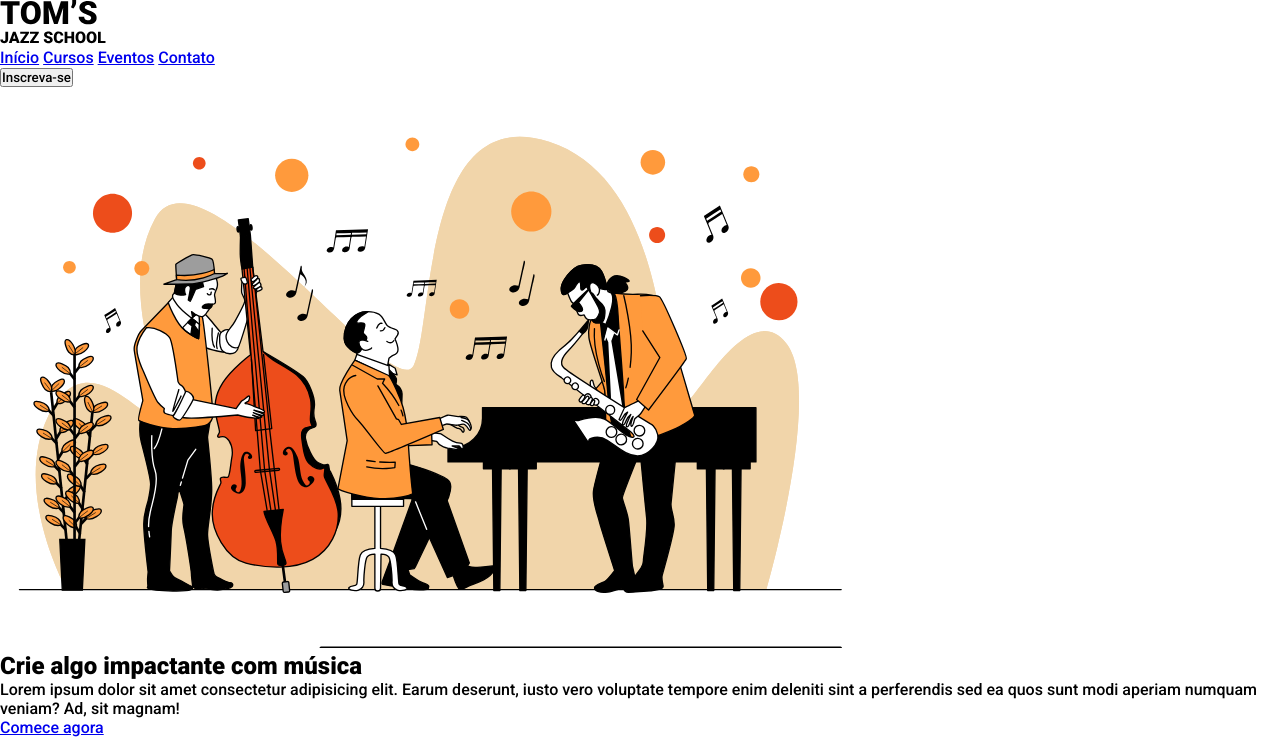
Repository: tenoriodasilva31/OBC-Music-School
Page: index.html
The author's editor kept a copy of each file at every save. The page is drawn from the files as they stood at one save, then again after the next save.
The browser window is 1280 px wide. The pictures show the whole page.

Above is the page before, as saved 2023-07-05 16:45:04.

### index.html
<!DOCTYPE html>
<html lang="pt-BR">
<head>
    <meta charset="UTF-8">
    <meta name="viewport" content="width=device-width, initial-scale=1.0">
    <title>Tom's Jazz School</title>

    <link rel="preconnect" href="https://fonts.googleapis.com">
    <link rel="preconnect" href="https://fonts.gstatic.com" crossorigin>

    <link rel="stylesheet" href="index.css">

    <link href="https://fonts.googleapis.com/css2?family=Roboto:wght@500;900&display=swap" rel="stylesheet">
</head>
<body>
    <header>
        <img src="./img/logo.svg" alt="Tom's School">
        <nav>
            <a href="#">Início</a>
            <a href="#">Cursos</a>
            <a href="#">Eventos</a>
            <a href="#">Contato</a>
        </nav>
        <button href="#" class="button">Inscreva-se</button>
    </header>
    <main>
        <section>
            <img src="/img/hero-img.svg" alt="Banda de jazz se apresentando">
            <div>
                <h1>Crie algo <span>impactante</span> com música</h1>
                <p>Lorem ipsum dolor sit amet consectetur adipisicing elit. Earum deserunt, iusto vero voluptate tempore enim deleniti sint a perferendis sed ea quos sunt modi aperiam numquam veniam? Ad, sit magnam!</p>
                <a href="#" class="button">Comece agora</a>
            </div>
        </section>
    </main>
</body>
</html>

### index.css
* {
    box-sizing: border-box;
    font-family: 'Roboto', sans-serif;
    margin: 0;
    padding: 0;
}

:root {
    --color-primary: #ED4D1B;
    --color-secondary: #FF9a3c;
    --color-black: #000;
    --color-white: #FFF;
}

After the next save:
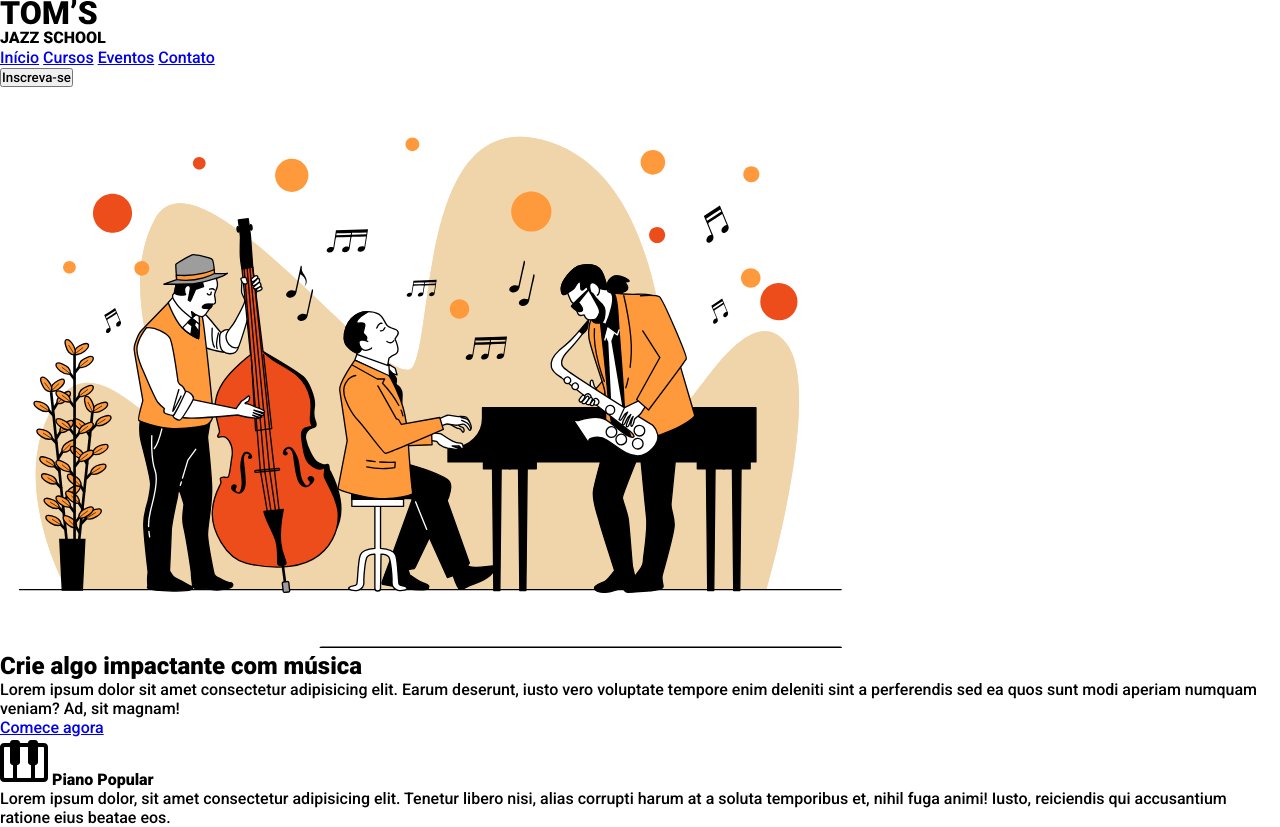
Saved 77 s later.
--- a/index.html
+++ b/index.html
@@ -32,6 +32,13 @@
                 <a href="#" class="button">Comece agora</a>
             </div>
         </section>
+        <section>
+            <article>
+                <img src="/img/piano.png" alt="icone de teclas de piano">
+                <strong>Piano Popular</strong>
+                <p>Lorem ipsum dolor, sit amet consectetur adipisicing elit. Tenetur libero nisi, alias corrupti harum at a soluta temporibus et, nihil fuga animi! Iusto, reiciendis qui accusantium ratione eius beatae eos.</p>
+            </article>
+        </section>
     </main>
 </body>
 </html>
